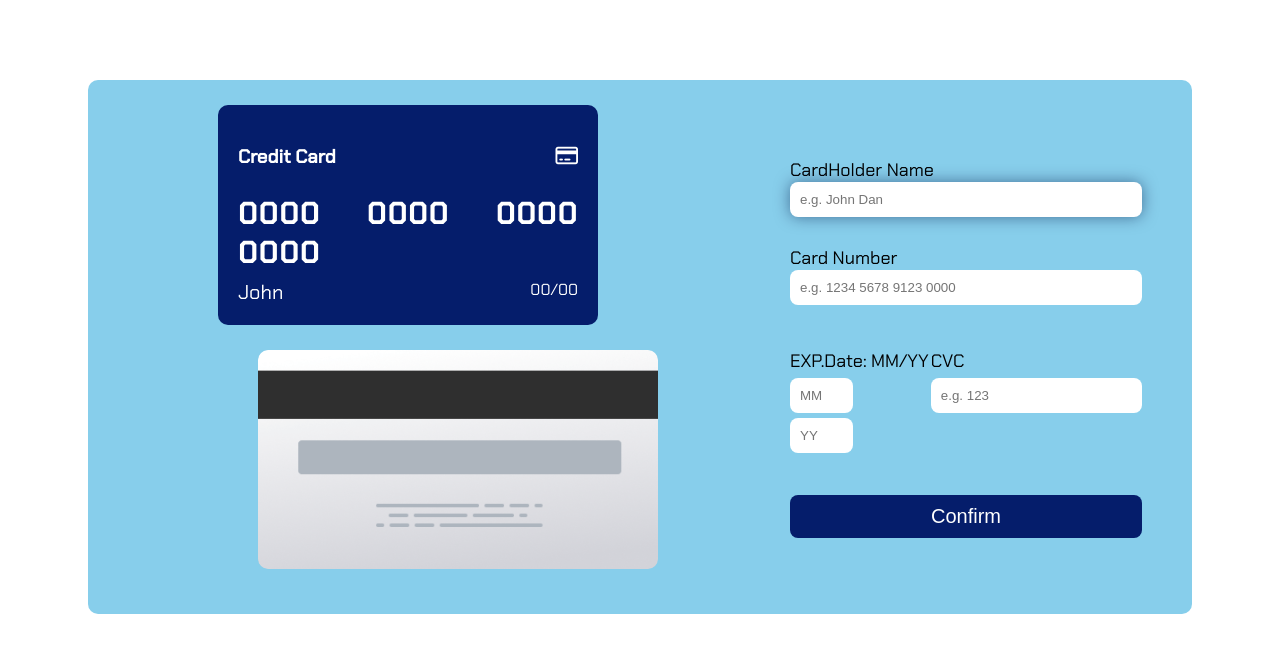
Repository: moehaymanmyint/Interactive-Card-Details-Form
Page: index.html
The author's editor kept a copy of each file at every save. The page is drawn from the files as they stood at one save, then again after the next save.
The browser window is 1280 px wide. The pictures show the whole page.
The first visible `input` has the focus.
Some web libraries are served in a nearby version.

Above is the page before, as saved 2024-10-18 21:40:21.

After the next save:
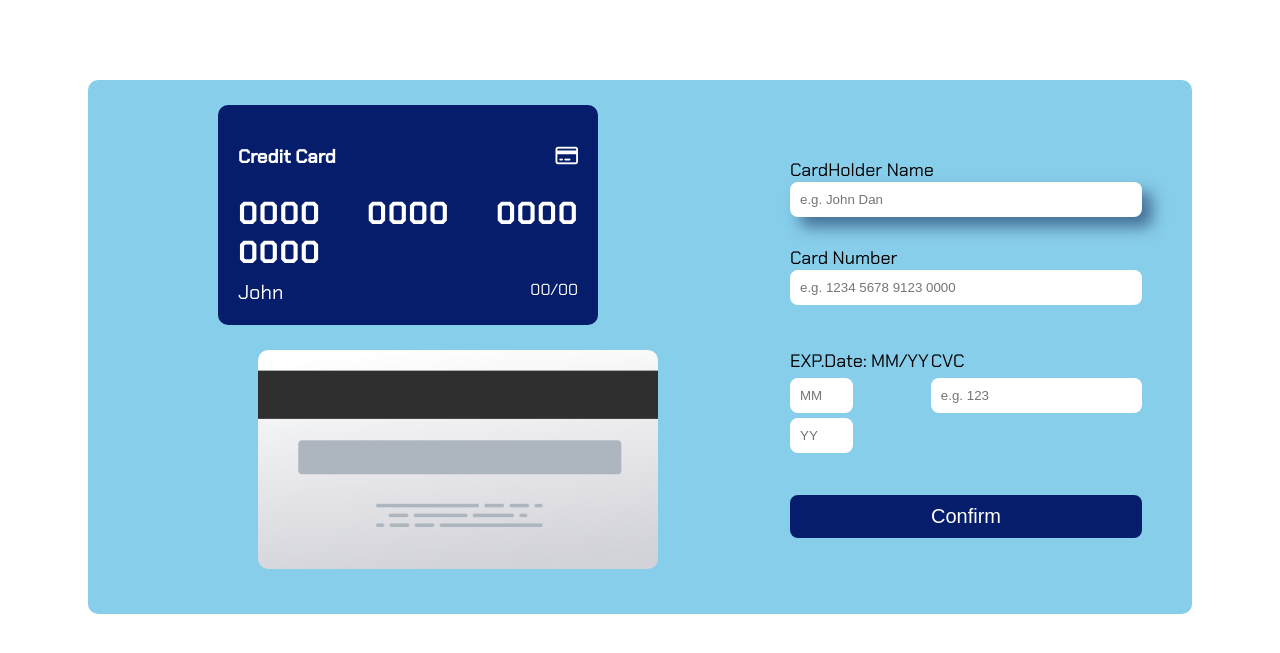
Saved 2 min 13 s later.
--- a/style.css
+++ b/style.css
@@ -116,7 +116,7 @@ label{
 
 input:focus{
     outline: none;
-    box-shadow: 0 0 15px rgba(3, 19, 68, 0.5);
+    box-shadow: 10px 10px 15px rgba(3, 19, 68, 0.5);
 }
 
 .card-name,
